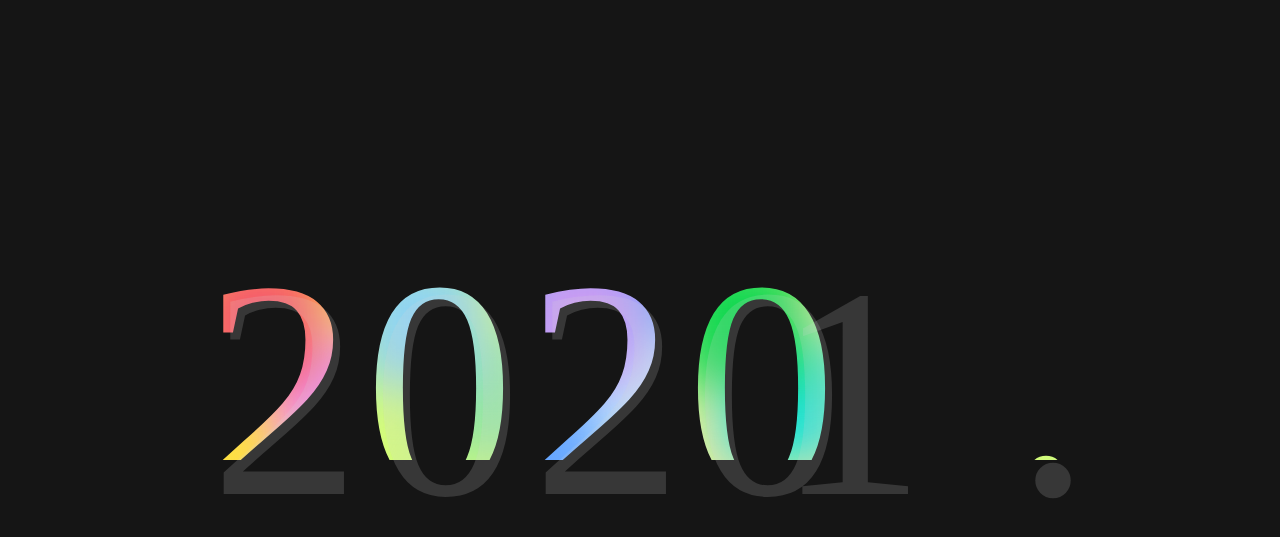
Repository: ramtoppo12/Happy-new-year-2021
Page: index.html
An editor plug-in stored every save of this project. The page is shown before and after the next save, followed by the edit.
The browser window is 1280 px wide. The pictures show the whole page.
Some web fonts or font styles are not loaded; a fallback is used.

Above is the page before, as saved 2020-12-24 23:25:58.

After the next save:
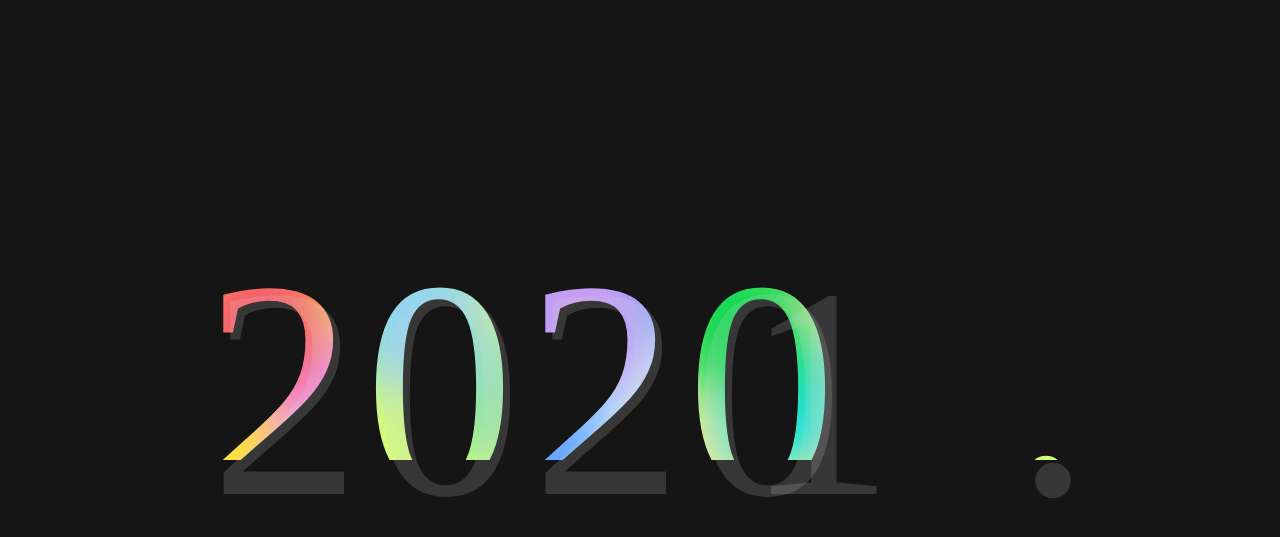
Saved 9 s later.
--- a/style.css
+++ b/style.css
@@ -41,5 +41,5 @@ body {
   background-image: url("data:[embedded picture, 1300 characters]");
 }
 .text-5 {
-  transform: translateX(-50%);
+  transform: translateX(-70%);
 }
